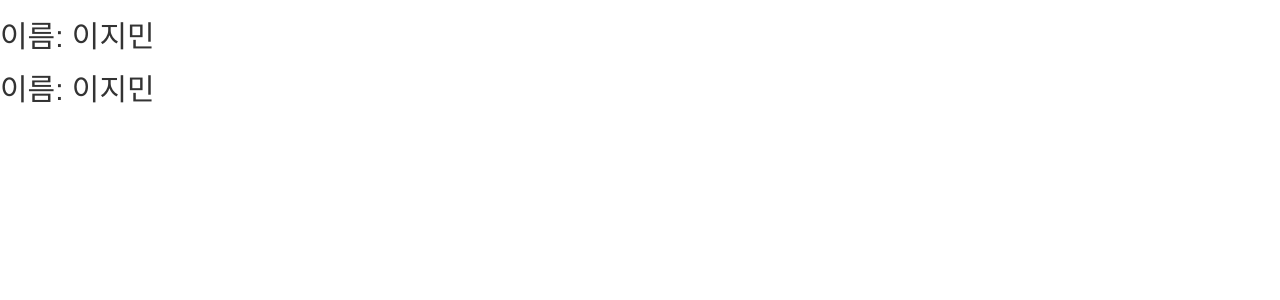
Repository: jungbee2/jungproject
Page: http://localhost/JstlProject/day0330/ex2_jstl_format.jsp
An editor plug-in stored every save of this project. The page is shown before and after the next save, followed by the edit.
The browser window is 1280 px wide. The pictures show the whole page.
Some web fonts or font styles are not loaded; a fallback is used. The page is served by Tomcat 9.

Above is the page before, as saved 2023-03-30 01:27:50.

After the next save:
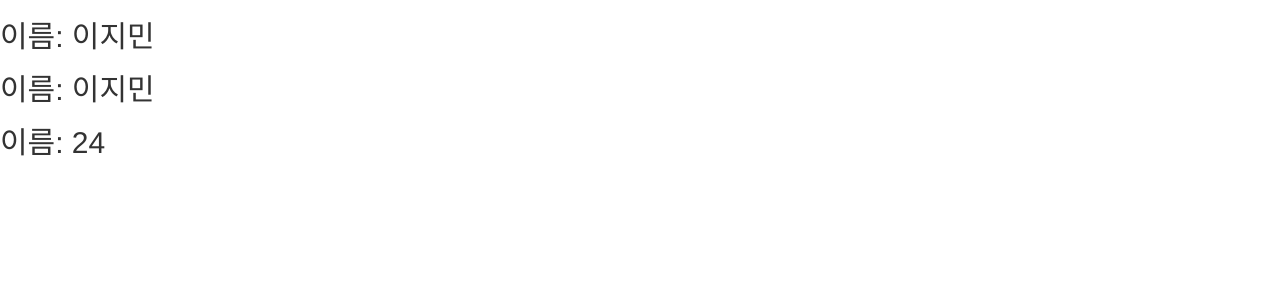
Saved 9 s later.
--- a/JstlProject/src/main/webapp/day0330/ex2_jstl_format.jsp
+++ b/JstlProject/src/main/webapp/day0330/ex2_jstl_format.jsp
@@ -28,5 +28,6 @@
 <!-- c:out이 변수출력인데 생략가능 -->
 <h2>이름: <c:out value="${name }"/></h2>
 <h2>이름: ${name }</h2>
+<h2>이름: ${age }</h2>
 </body>
 </html>
